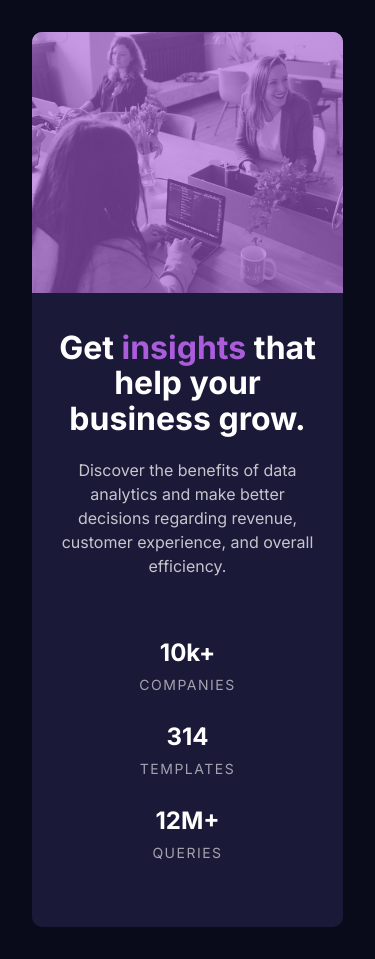
Repository: keisewarsame/stats-preview-frontendmentor
Page: index.html
An editor plug-in stored every save of this project. The page is shown before and after a run of saves, followed by the edit.
The browser window is 375 px wide. The pictures show the whole page.

Above is the page before, as saved 2022-07-12 14:29:44.

### index.html
<!DOCTYPE html>
<html lang="en">
<head>
  <meta charset="UTF-8">
  <meta name="viewport" content="width=device-width, initial-scale=1.0"> <!-- displays site properly based on user's device -->
  <link rel="icon" type="image/png" sizes="32x32" href="./images/favicon-32x32.png">
  <link rel="stylesheet" href="styles.css">
  <title>Frontend Mentor | Stats preview card component</title>
</head>
<body>
    <div class="container">
        <div class="wrapper">
            <div class="text-component">
                <h1 class="title">Get <span>insights</span> that help your business grow.</h1>
                <p class="subtitle">Discover the benefits of data analytics and make better decisions regarding revenue, customer experience, and overall efficiency.</p>
                <div class="stats-component">
                    <div>
                        <p class="num">10k+</p>
                        <p class="stats-sub">Companies</p>
                    </div>
                    <div>
                        <p class="num">314</p>
                        <p class="stats-sub">Templates</p>
                    </div>
                    <div>
                        <p class="num">12M+</p>
                        <p class="stats-sub">Queries</p>
                    </div>
                </div>
            </div>
            <div class="image-component">
                <img src="/images/image-header-desktop.jpg" alt="">
            </div>
        </div>
    </div>
</body>
</html>

### styles.css
@import url('https://fonts.googleapis.com/css2?family=Inter:wght@400;700&family=Lexend+Deca&display=swap');

* {
    margin: 0;
    padding: 0;
}

body {
    font-family: 'Inter', sans-serif;
    display: flex;
    align-items: center;
    min-height: 100vh;
    background-color: hsl(233, 47%, 7%);
}

.container {
    margin: 0 auto;
    max-width: 1040px;
}

.wrapper {
    background-color: hsl(244, 38%, 16%);
    display: grid;
    grid-template-columns: 1fr 1fr;
    border-radius: 10px;
    overflow: hidden;
    margin: 2rem;
}

.text-component {
    padding: 13%;
    font-family: 'Inter', sans-serif;
}

.title {
    color: hsl(0, 0%, 100%);
    padding-bottom: 22px;
    font-weight: 700;
}

.title span {
    color: hsl(277, 64%, 61%)
}

.subtitle {
    color: hsla(0, 0%, 100%, 0.75);
    line-height: 1.5;
    font-size: 15px;
}

.stats-component {
    display: flex;
    justify-content: space-between;
    padding-top: 60px;
}

.num {
    color: hsl(0, 0%, 100%);
    font-weight: 700;
    font-size: 24px;
    margin-bottom: 9px
}

.stats-sub {
    text-transform: uppercase;
    color: hsla(0, 0%, 100%, 0.6);
    font-size: 14px;
    letter-spacing: 1.5px;
}



.image-component {
    position: relative;
}

img {
    height: 100%;
    width: 100%;
}

.image-component::after {
    position: absolute;
    content: '';
    height: 100%;
    width: 100%;
    top: 0;
    right: 0;
    background-color: hsla(277, 64%, 61%, 0.6);;
}

@media screen and (max-width: 425px) {
    body {
        text-align: center;
    }
    .wrapper {
        grid-template-columns: 1fr;
    }

    .image-component {
        order: -1;
    }

    .stats-component {
        flex-direction: column;
    }

    .text-component {
        padding: 12% 8%;
    }

    .title {
        line-height: 1.1;
    }

    .stats-component div {
        margin-bottom: 29px;
    }

    .subtitle {
        font-size: 16px;
        font-family: ;
    }
}

After the next 2 saves:
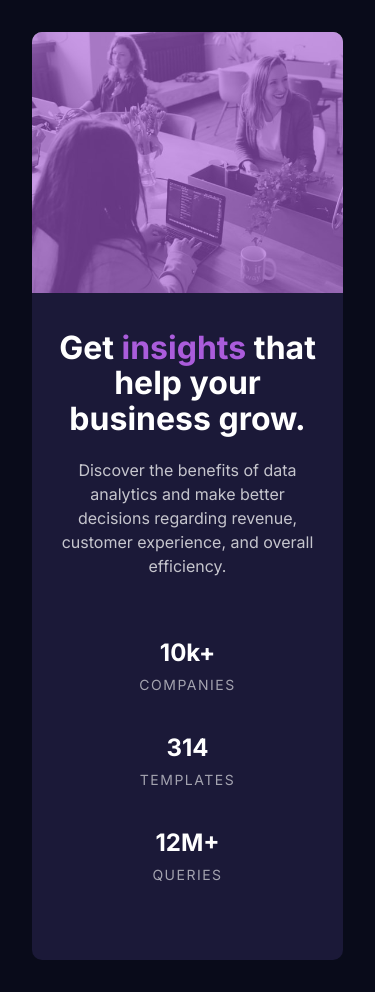
The 2 saves are shown as one change because they came seconds apart.
The last was saved 10 s later.
--- a/styles.css
+++ b/styles.css
@@ -114,7 +114,7 @@ img {
     }
 
     .stats-component div {
-        margin-bottom: 29px;
+        margin-bottom: 40px;
     }
 
     .subtitle {
